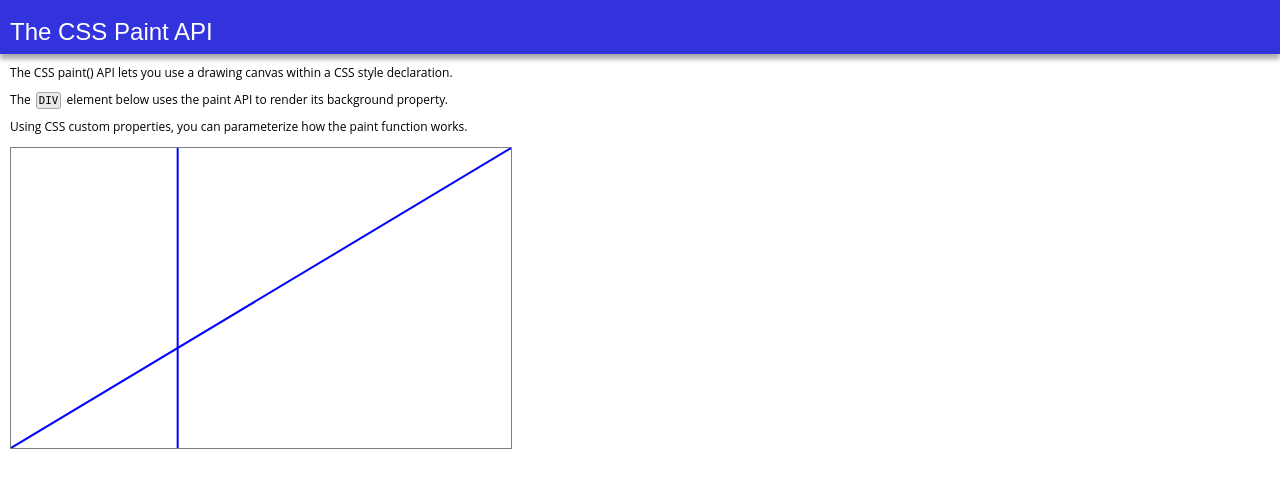
Repository: craig-o-curtis/browser-apis
Page: pages/csspaint.html
These files come from the project's save history. The page is drawn as it stood at one moment and after the next save; the edit follows.
The browser window is 1280 px wide. The pictures show the whole page.

Above is the page before, as saved 2020-05-17 17:13:24.

After the next save:
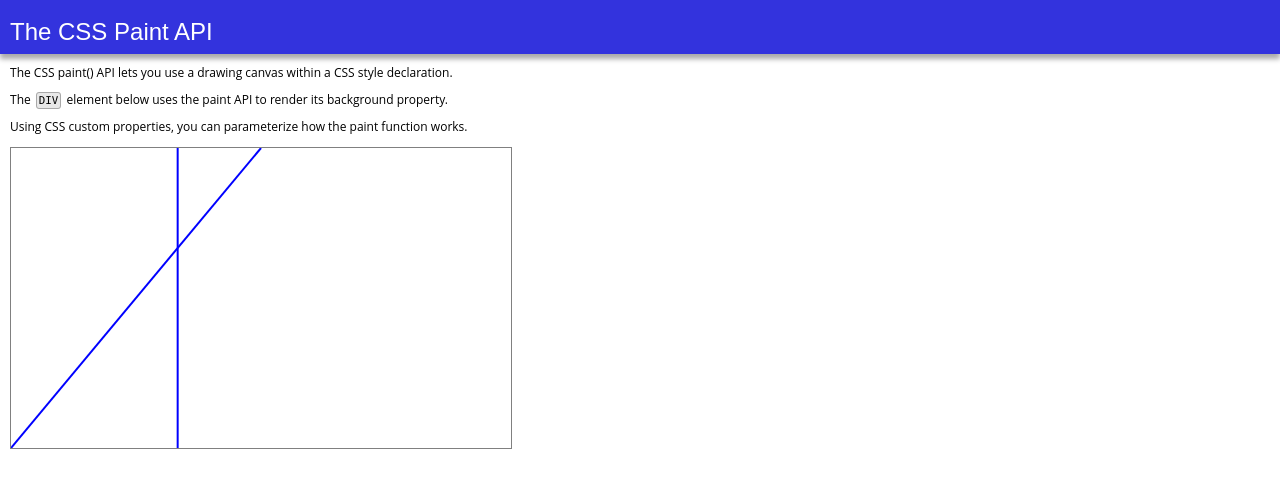
Saved 8 s later.
--- a/pages/csspaint.js
+++ b/pages/csspaint.js
@@ -21,7 +21,7 @@
       ctx.stroke();
 
       ctx.beginPath();
-      ctx.moveTo(size.width, 0);
+      ctx.moveTo(size.width/2, 0);
       ctx.lineTo(0, size.height);
       ctx.stroke();
     }

After the save that followed:
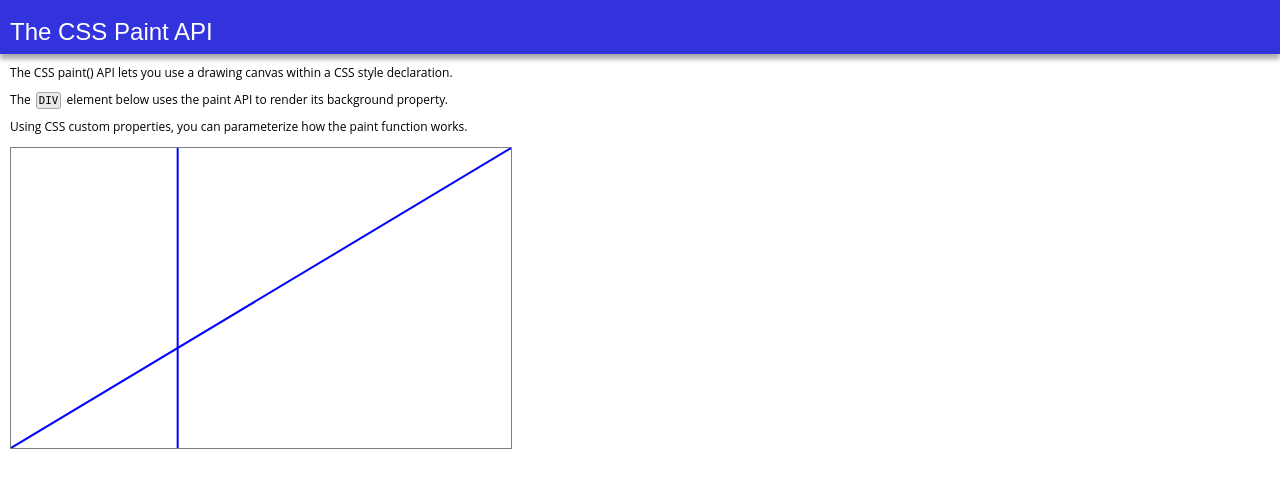
Saved 8 s later.
--- a/pages/csspaint.js
+++ b/pages/csspaint.js
@@ -21,7 +21,7 @@
       ctx.stroke();
 
       ctx.beginPath();
-      ctx.moveTo(size.width/2, 0);
+      ctx.moveTo(size.width, 0);
       ctx.lineTo(0, size.height);
       ctx.stroke();
     }
